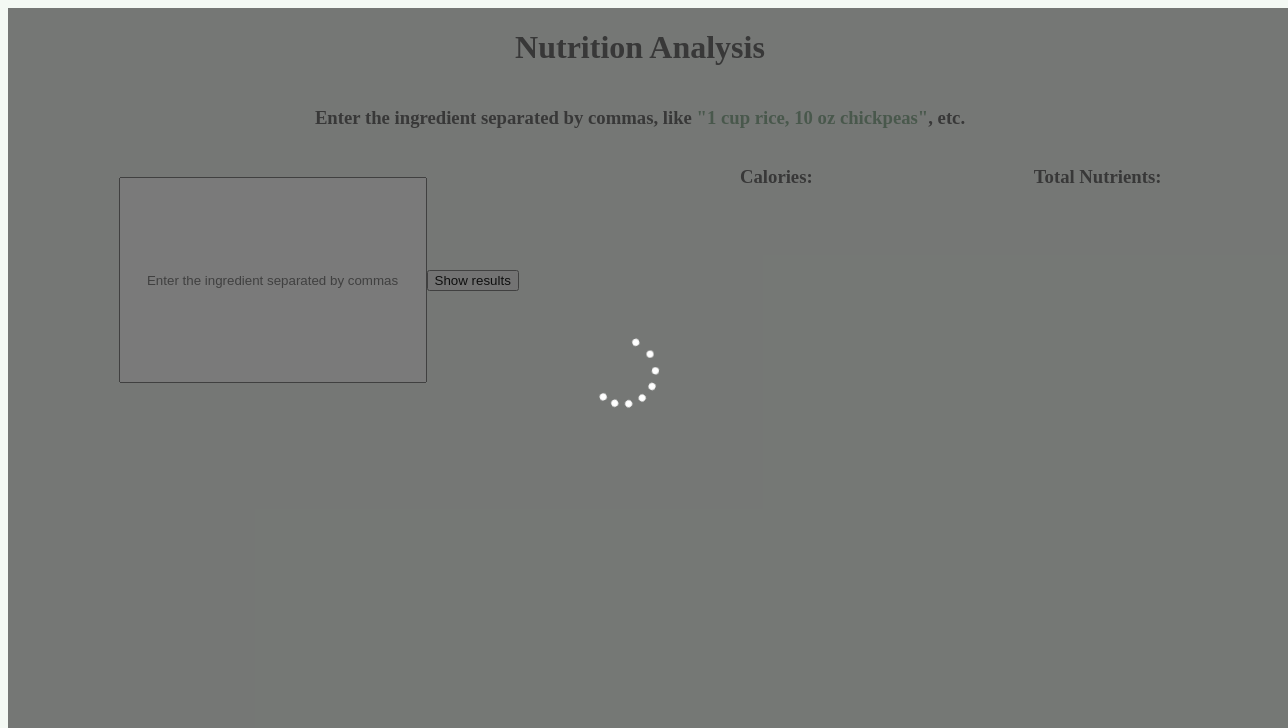
Repository: asya-aisa/nutrition-app
Page: /
These files come from the project's save history. The page is drawn as it stood at one moment and after the next save; the edit follows.
The browser window is 1280 px wide. The page is 1288 px wide, so the pictures cover 1288 px, including what lies to the right of the window. The pictures show the whole page.
The page's requests for data from a server got no answer. The project was rebuilt for these pictures with package versions that can differ from the ones it lists, and the page was loaded fresh each time. No one was signed in, and anything a server would have sent is missing. Also part of the build but not shown: src/MyComponent.js.

Above is the page before, as saved 2023-09-25 20:57:19.

After the next save:
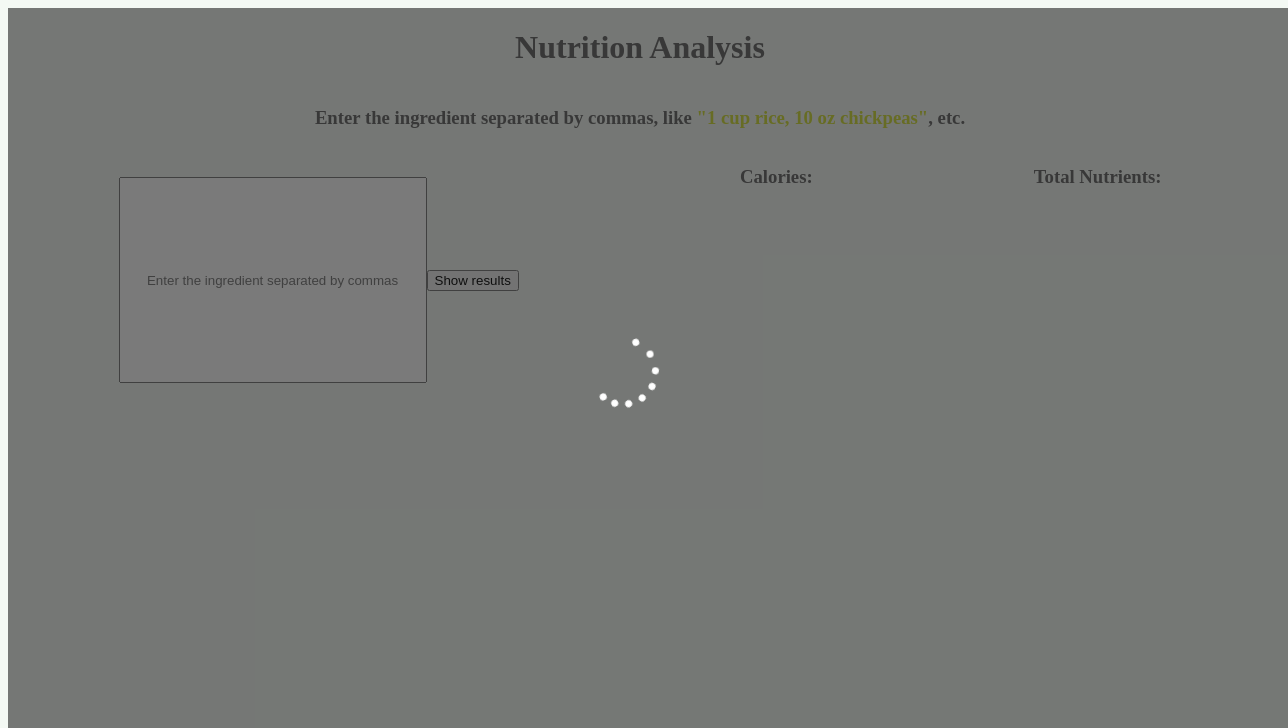
Saved 15 s later.
--- a/src/App.css
+++ b/src/App.css
@@ -24,5 +24,5 @@
   text-align: center;
 }
 span {
-  color: #8AAE92;
+  color: #D2DE32;
 }

After the save that followed:
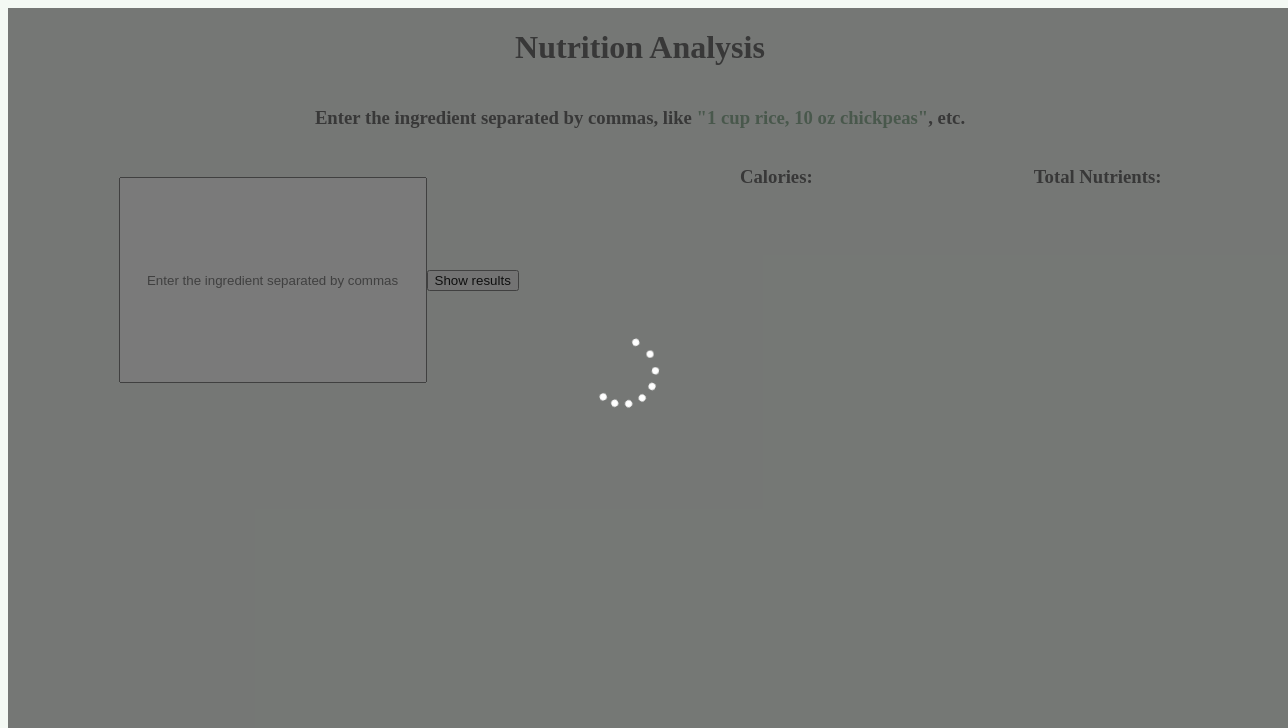
Saved 17 s later.
--- a/src/App.css
+++ b/src/App.css
@@ -24,5 +24,5 @@
   text-align: center;
 }
 span {
-  color: #D2DE32;
+  color: #8AAE92;
 }
